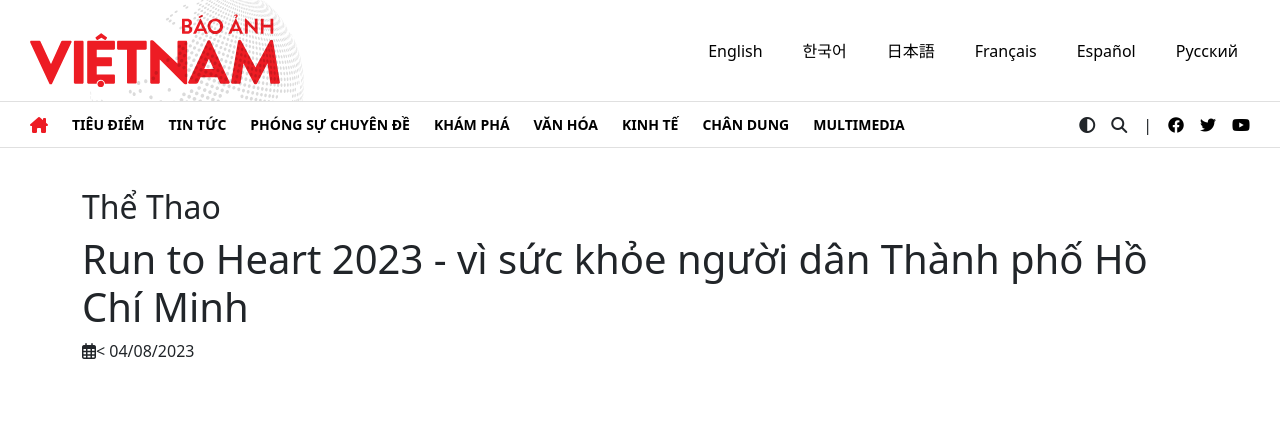
Repository: kietdotshp/webtintuc
Page: Detail.html
An editor plug-in stored every save of this project. The page is shown before and after a run of saves, followed by the edit.
The browser window is 1280 px wide. The pictures show the whole page.
Some web libraries are served in a nearby version.

Above is the page before, as saved 2023-08-10 16:01:26.

After the next 3 saves:
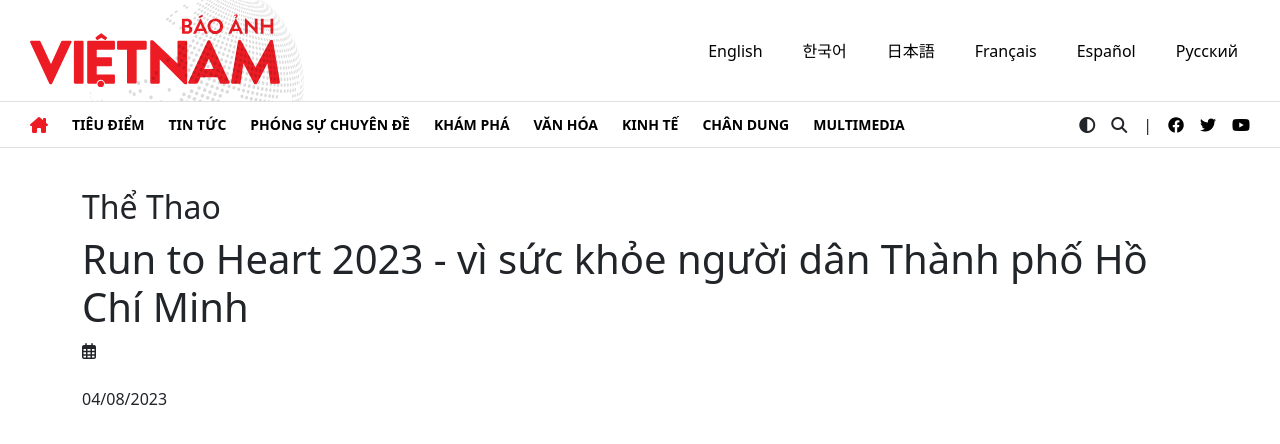
The 3 saves are shown as one change because they came seconds apart.
The last was saved 8 s later.
--- a/Detail.html
+++ b/Detail.html
@@ -99,7 +99,7 @@
             <h1>Run to Heart 2023 - vì sức khỏe người dân Thành phố Hồ Chí Minh</h1>
 
             <time>
-                <i class="fa-regular fa-calendar"></i><
+                <i class="fa-regular fa-calendar"></i><br><br>
                 04/08/2023
             </time>
         </div>
